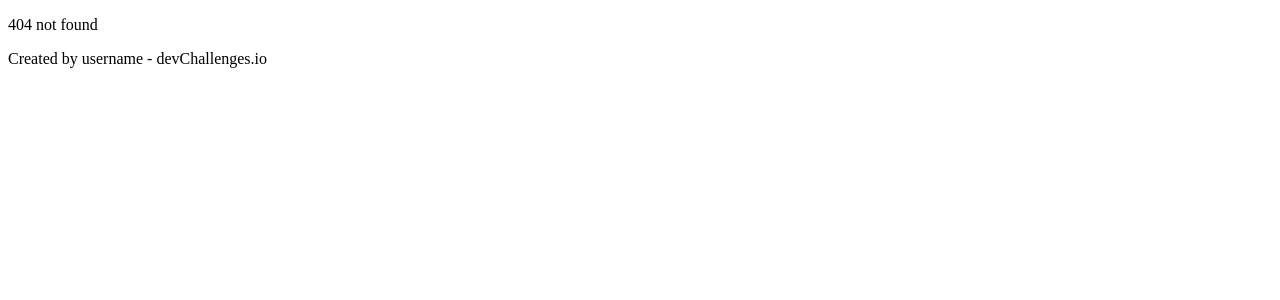
Repository: georgisenze/404-not-found-challeng
Page: index.html
The author's editor kept a copy of each file at every save. The page is drawn from the files as they stood at one save, then again after a run of saves.
The browser window is 1280 px wide. The pictures show the whole page.

Above is the page before, as saved 2023-02-14 07:08:30.

After the next 3 saves:
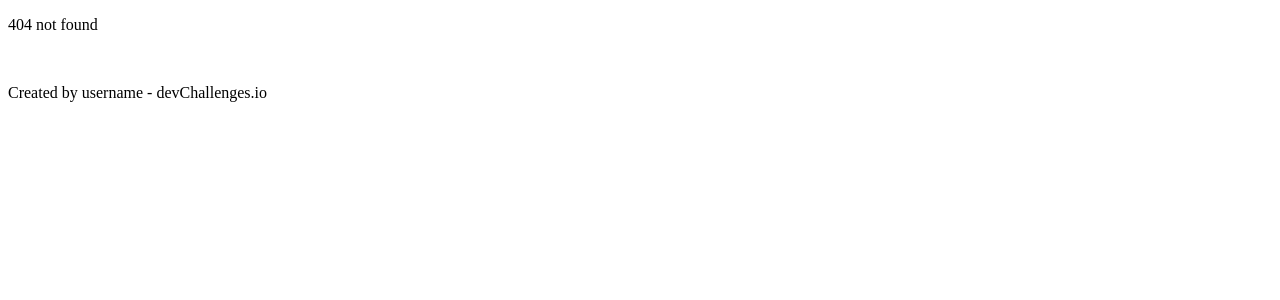
The 3 saves are shown as one change because they came seconds apart.
The last was saved 9 s later.
--- a/index.html
+++ b/index.html
@@ -14,7 +14,9 @@
 
         <div class="container">
             <div class="row">
-                <div class="col-6"></div>
+                <div class="col-6">
+                    <img src="" alt="">
+                </div>
                 <div class="col-6">
                     <div class="col-2"></div>
                     <div class="col-2"></div>
